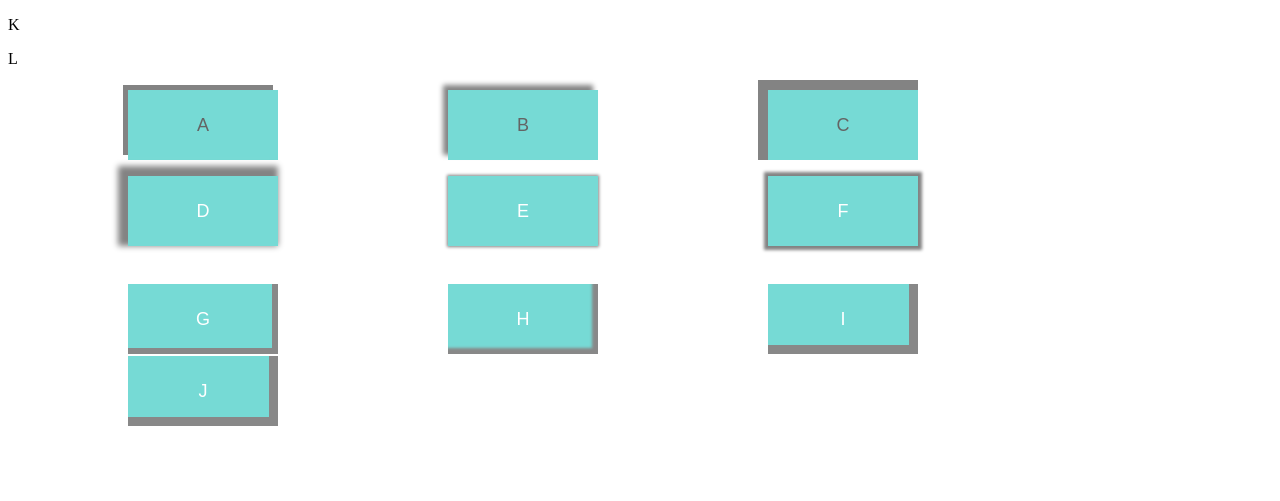
Repository: ThePerez/ArgProg
Page: Practicas ArgProg/Practica 3/Ejercicio 8/index.html
The author's editor kept a copy of each file at every save. The page is drawn from the files as they stood at one save, then again after the next save.
The browser window is 1280 px wide. The pictures show the whole page.

Above is the page before, as saved 2023-03-20 18:21:45.

### Practicas ArgProg/Practica 3/Ejercicio 8/index.html
<!DOCTYPE html>
<html lang="en">
<head>
     <meta charset="UTF-8">
     <meta http-equiv="X-UA-Compatible" content="IE=edge">
     <meta name="viewport" content="width=device-width, initial-scale=1.0">
     <title>Ejercicio 8</title>
     <link rel="stylesheet" href="styles.css">
</head>
<body>
     <p class="a">A</p>
     <p class="b">B</p>
     <p class="c">C</p>
     <p class="d">D</p>
     <p class="e">E</p>
     <p class="f">F</p>

     <p class="g">G</p>
     <p class="h">H</p>
     <p class="i">I</p>
     <p class="j">J</p>
     <p class="k">K</p>
     <p class="l">L</p>
</body>
</html>

### Practicas ArgProg/Practica 3/Ejercicio 8/styles.css
.a {
     font-family: sans-serif;
     font-family: Century Gothic, CenturyGothic, AppleGothic, sans-serif;
     color: #646464;
     font-size: 18px;
     background: rgb(118, 218, 213);
     box-shadow: -5px -5px 0px   #838383;
     width: 150px;
     height: 70px;
     position: absolute;
     top: 10%;
     left: 10%;
     display: flex;
     justify-content: center;
     align-items: center;
}

.b {
     font-family: sans-serif;
     font-family: Century Gothic, CenturyGothic, AppleGothic, sans-serif;
     color: #646464;
     font-size: 18px;
     background: rgb(118, 218, 213);
     box-shadow: -5px -5px 5px   #838383;
     width: 150px;
     height: 70px;
     position: absolute;
     top: 10%;
     left: 35%;
     display: flex;
     justify-content: center;
     align-items: center;
}

.c {
     font-family: sans-serif;
     font-family: Century Gothic, CenturyGothic, AppleGothic, sans-serif;
     color: #646464;
     font-size: 18px;
     background: rgb(118, 218, 213);
     box-shadow: -5px -5px 0px 5px #838383;
     width: 150px;
     height: 70px;
     position: absolute;
     top: 10%;
     left: 60%;
     display: flex;
     justify-content: center;
     align-items: center;
}

.d {
     font-family: sans-serif;
     font-family: Century Gothic, CenturyGothic, AppleGothic, sans-serif;
     color: #ffffff;
     font-size: 18px;
     background: rgb(118, 218, 213);
     box-shadow: -5px -5px 6px 5px #838383;
     width: 150px;
     height: 70px;
     position: absolute;
     top: 22%;
     left: 10%;
     display: flex;
     justify-content: center;
     align-items: center;
}

.e {
     font-family: sans-serif;
     font-family: Century Gothic, CenturyGothic, AppleGothic, sans-serif;
     color: #ffffff;
     font-size: 18px;
     background: rgb(118, 218, 213);
     box-shadow: 0px 0px 3px 1px #838383;
     width: 150px;
     height: 70px;
     position: absolute;
     top: 22%;
     left: 35%;
     display: flex;
     justify-content: center;
     align-items: center;
}

.f {
     font-family: sans-serif;
     font-family: Century Gothic, CenturyGothic, AppleGothic, sans-serif;
     color: #ffffff;
     font-size: 18px;
     background: rgb(118, 218, 213);
     box-shadow: 0px 0px 3px 4px #838383;
     width: 150px;
     height: 70px;
     position: absolute;
     top: 22%;
     left: 60%;
     display: flex;
     justify-content: center;
     align-items: center;
}

.g {
     font-family: sans-serif;
     font-family: Century Gothic, CenturyGothic, AppleGothic, sans-serif;
     color: #ffffff;
     font-size: 18px;
     background: rgb(118, 218, 213);
     box-shadow: inset -5px -5px 0px 1px #888;
     width: 150px;
     height: 70px;
     position: absolute;
     top: 37%;
     left: 10%;
     display: flex;
     justify-content: center;
     align-items: center;
}

.h {
     font-family: sans-serif;
     font-family: Century Gothic, CenturyGothic, AppleGothic, sans-serif;
     color: #ffffff;
     font-size: 18px;
     background: rgb(118, 218, 213);
     box-shadow: inset -5px -5px 3px 1px #888;;
     width: 150px;
     height: 70px;
     position: absolute;
     top: 37%;
     left: 35%;
     display: flex;
     justify-content: center;
     align-items: center;
}

.i {
     font-family: sans-serif;
     font-family: Century Gothic, CenturyGothic, AppleGothic, sans-serif;
     color: #ffffff;
     font-size: 18px;
     background: rgb(118, 218, 213);
     box-shadow: inset -5px -5px 0px 4px #888;;
     width: 150px;
     height: 70px;
     position: absolute;
     top: 37%;
     left: 60%;
     display: flex;
     justify-content: center;
     align-items: center;
}

.j {
     font-family: sans-serif;
     font-family: Century Gothic, CenturyGothic, AppleGothic, sans-serif;
     color: #ffffff;
     font-size: 18px;
     background: rgb(118, 218, 213);
     box-shadow: inset -5px -5px 0px 4px #888;;
     width: 150px;
     height: 70px;
     position: absolute;
     top: 47%;
     left: 10%;
     display: flex;
     justify-content: center;
     align-items: center;
}

After the next save:
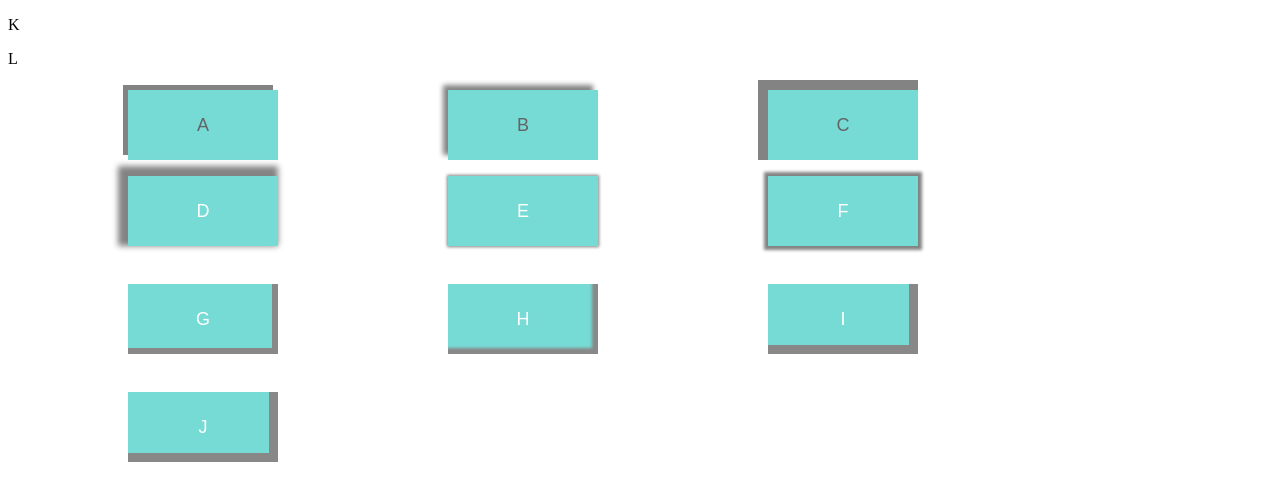
Saved 5 s later.
--- a/Practicas ArgProg/Practica 3/Ejercicio 8/styles.css
+++ b/Practicas ArgProg/Practica 3/Ejercicio 8/styles.css
@@ -161,7 +161,7 @@
      width: 150px;
      height: 70px;
      position: absolute;
-     top: 47%;
+     top: 52%;
      left: 10%;
      display: flex;
      justify-content: center;
